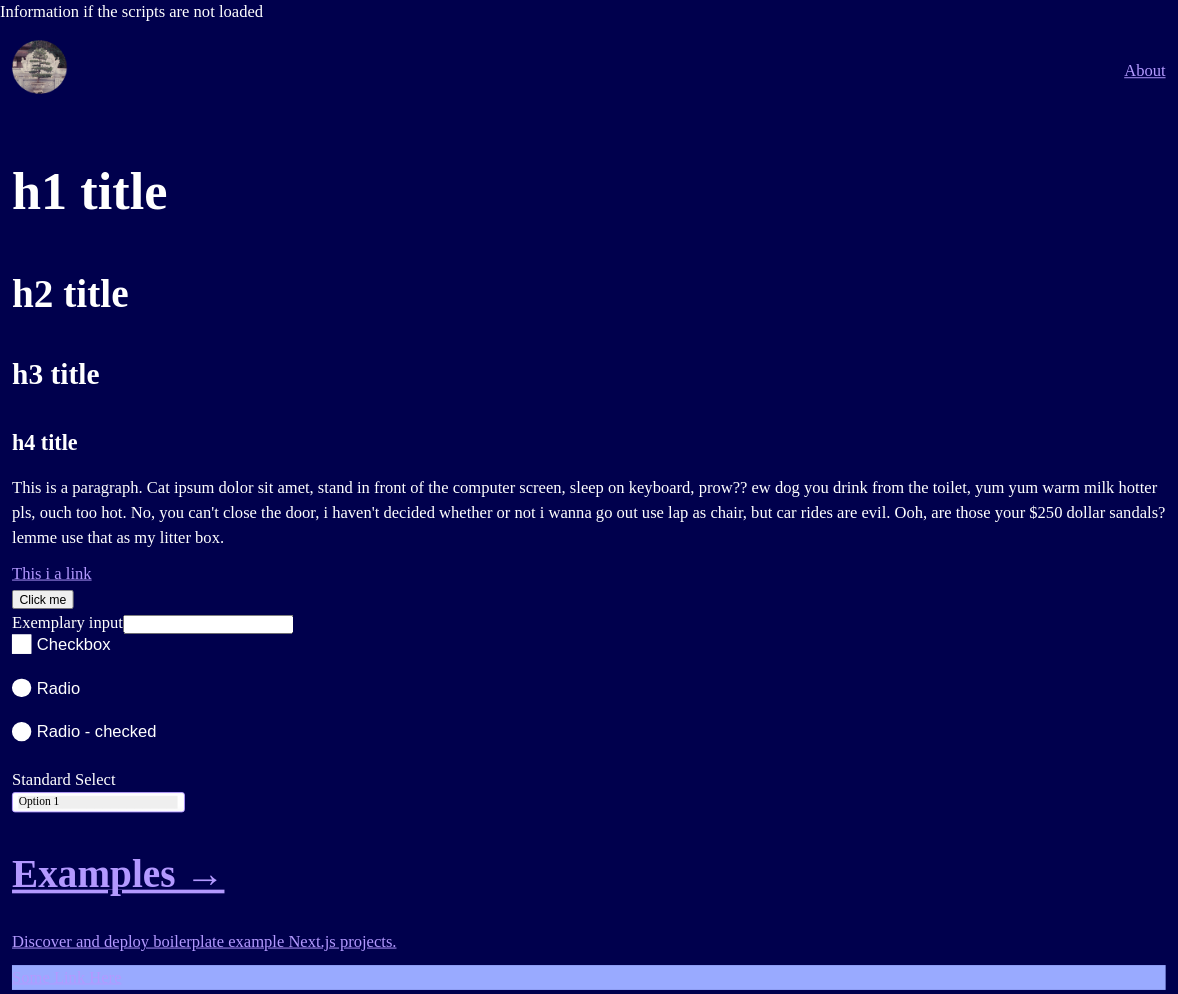
Repository: magiai/scent-app
Page: /
These files come from the project's save history. The page is drawn as it stood at one moment and after the next save; the edit follows.
The browser window is 1280 px wide. The pictures show the whole page, at 92% of full size.
The project was rebuilt for these pictures with package versions that can differ from the ones it lists, and the page was loaded fresh each time. The framework's server and built-in components were replaced by stand-ins that run in the browser.

Above is the page before, as saved 2022-05-25 15:27:51.

After the next save:
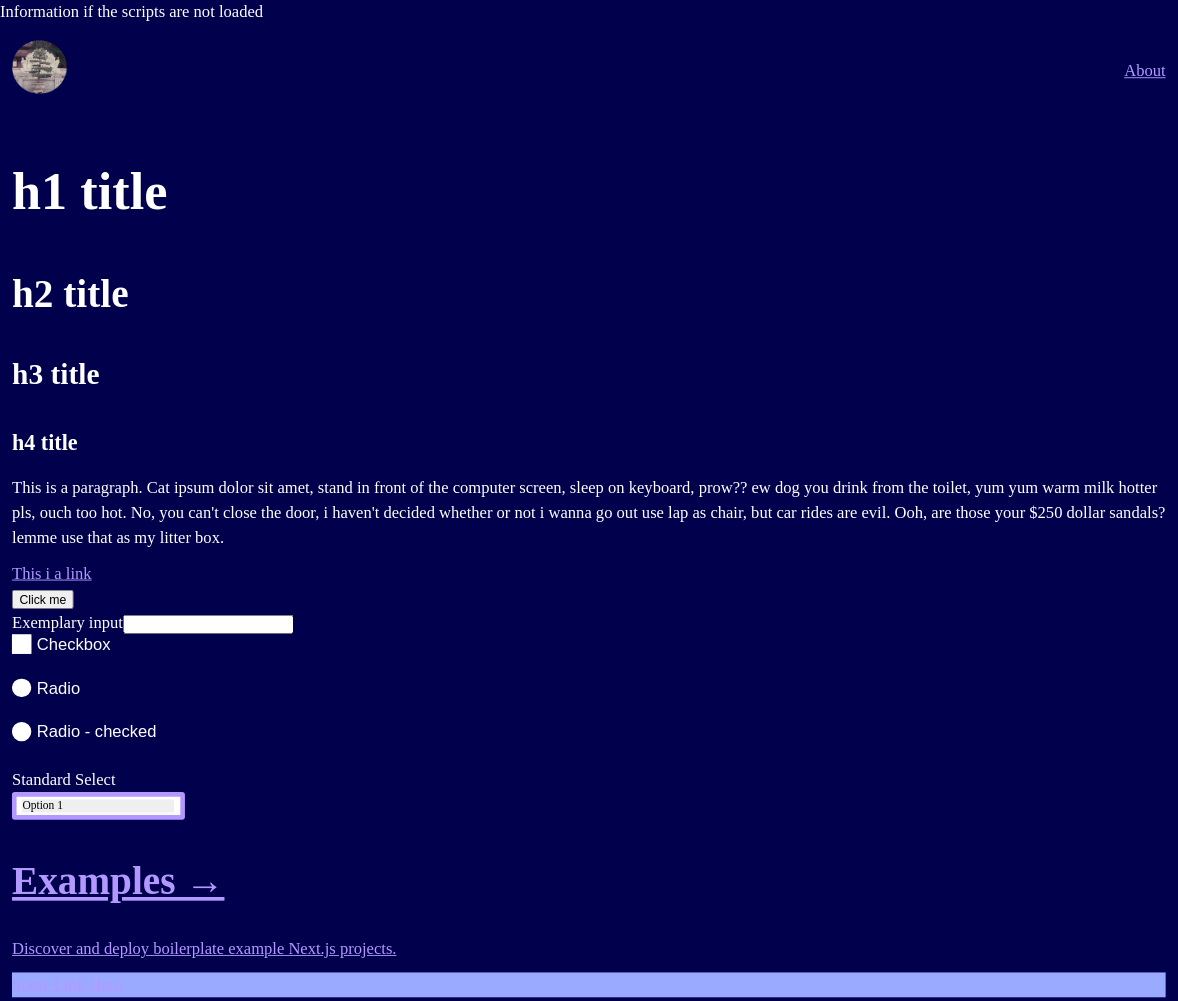
Saved 35 s later.
--- a/styles/forms.css
+++ b/styles/forms.css
@@ -100,7 +100,7 @@
     width: 100%;
     min-width: 15ch;
     max-width: 30ch;
-    border: 1px solid var(--select-border);
+    border: 5px solid var(--select-border);
     border-radius: 0.25em;
     padding: 0.25em 0.5em;
     font-size: 1.25rem;

After the save that followed:
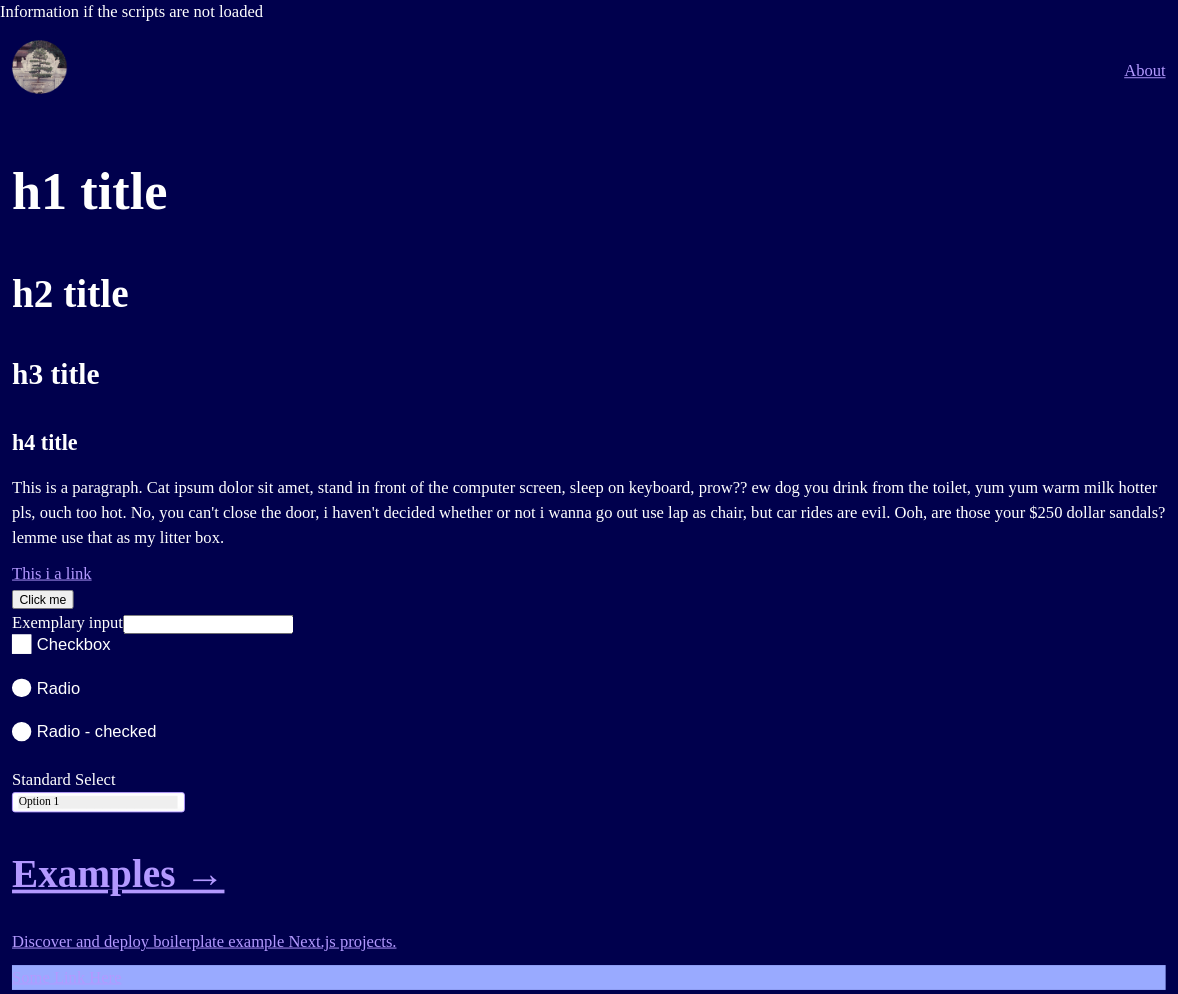
Saved 5 s later.
--- a/styles/forms.css
+++ b/styles/forms.css
@@ -100,7 +100,7 @@
     width: 100%;
     min-width: 15ch;
     max-width: 30ch;
-    border: 5px solid var(--select-border);
+    border: 1px solid var(--select-border);
     border-radius: 0.25em;
     padding: 0.25em 0.5em;
     font-size: 1.25rem;
